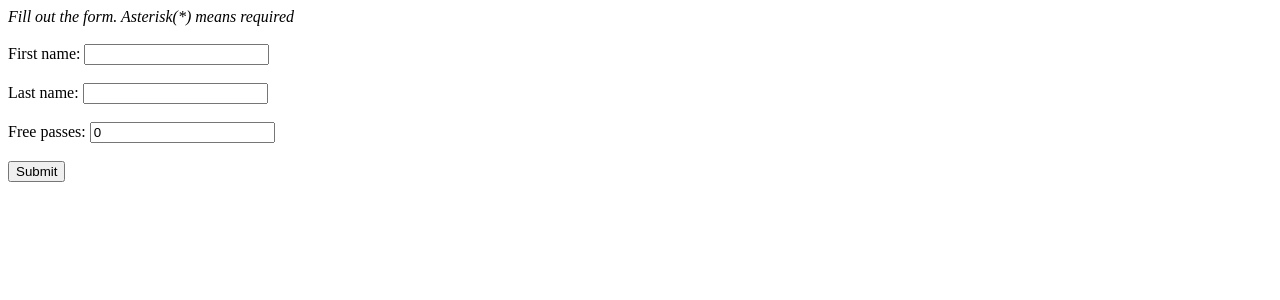
Repository: Thomas85198/SpringTest
Page: http://localhost/spring-mvc-demo/customer/showForm
These files come from the project's save history. The page is drawn as it stood at one moment and after the next save; the edit follows.
The browser window is 1280 px wide. The pictures show the whole page.
The page is served by Tomcat 9.

Above is the page before, as saved 2020-01-12 15:13:14.

After the next save:
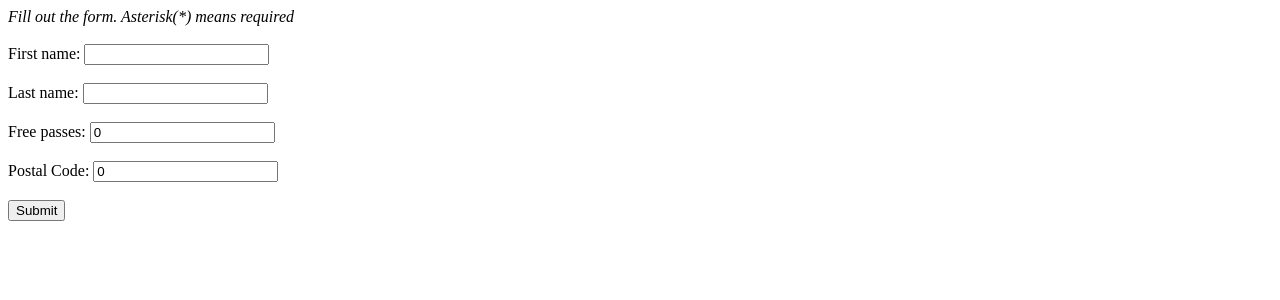
Saved 23 s later.
--- a/spring-mvc-demo/WebContent/WEB-INF/view/customer-form.jsp
+++ b/spring-mvc-demo/WebContent/WEB-INF/view/customer-form.jsp
@@ -35,6 +35,12 @@
 		<br>
 		<br>
 
+		Postal Code: <form:input path="freePasses" />
+		<form:errors path="freePasses" cssClass="error" />
+
+		<br>
+		<br>
+
 		<input type="submit" value="Submit" />
 
 	</form:form>
